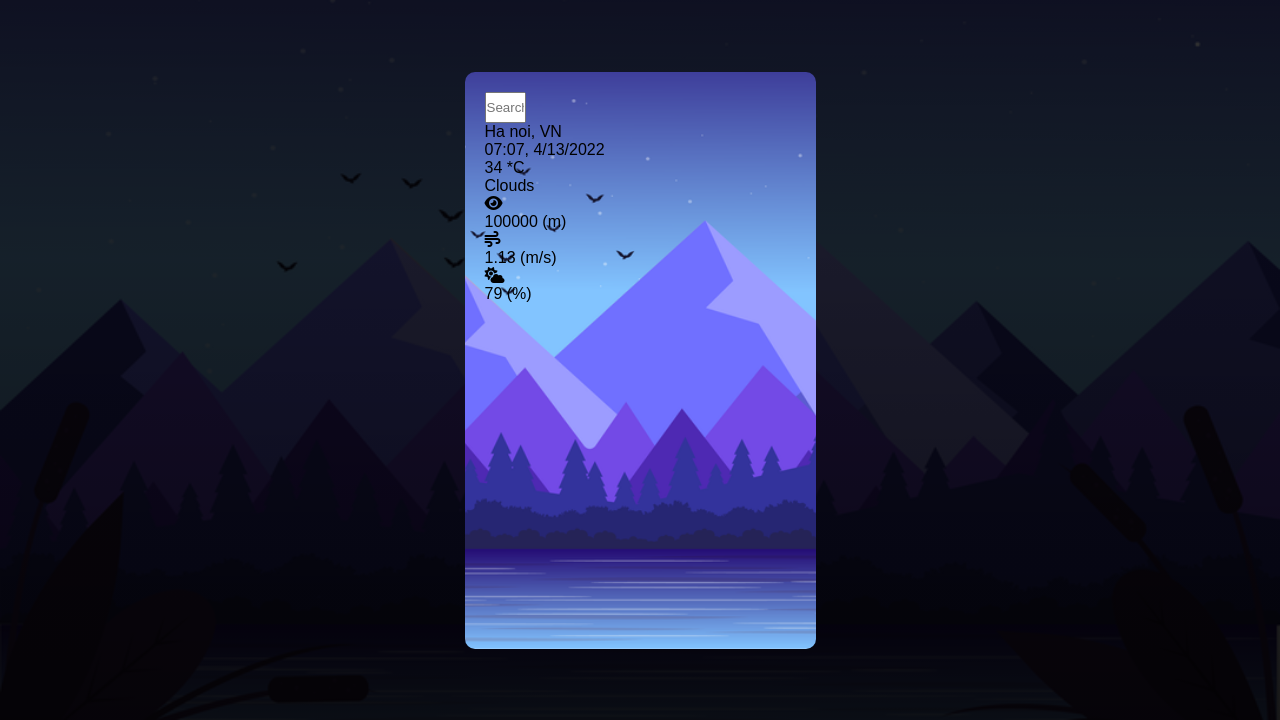
Repository: nganha241/weather-app
Page: index.html
These files come from the project's save history. The page is drawn as it stood at one moment and after the next save; the edit follows.
The browser window is 1280 px wide. The pictures show the whole page.
Some web libraries are served in a nearby version.

Above is the page before, as saved 2022-04-13 08:54:26.

### index.html
<!DOCTYPE html>
<html lang="en">
  <head>
    <meta charset="UTF-8" />
    <meta http-equiv="X-UA-Compatible" content="IE=edge" />
    <meta name="viewport" content="width=device-width, initial-scale=1.0" />
    <title>Document</title>
    <link rel="stylesheet" href="./style.css" />
  </head>
  <body>
    <div id="weather">
      <div class="header">
        <input type="text" placeholder="Search..." />
      </div>
      <div class="content">
        <div class="city">Ha noi, <span class="country">VN</span></div>
        <div class="time">07:07, <span class="date">4/13/2022</span></div>

        <div class="deg">34 *C</div>
        <div class="status">Clouds</div>
      </div>
      <div class="footer">
        <div class="detail">
          <div class="distance">
            <div><i class="fa-solid fa-eye"></i></div>
            <div>100000 <span>(m)</span></div>
          </div>
          <div class="speed">
            <div><i class="fa-solid fa-wind"></i></div>
            <div>1.13 <span>(m/s)</span></div>
          </div>
          <div class="humidity">
            <div><i class="fa-solid fa-cloud-sun"></i></div>
            <div>79 <span>(%)</span></div>
          </div>
        </div>
      </div>
    </div>
    <script
      src="https://kit.fontawesome.com/ae971d7ee0.js"
      crossorigin="anonymous"
    ></script>
    <script src="./main.js"></script>
  </body>
</html>

### style.css
* {
    padding: 0;
    margin: 0;
    box-sizing: border-box;
}

body {
    font-family: sans-serif;
    height: 100vh;
    display: flex;
    justify-content: center;
    align-items: center;
    background: linear-gradient(to top, rgba(0, 0, 0, 0.9), rgba(0, 0, 0, 0.8)), url(./img1.png) no-repeat center/cover;
}

#weather {
    padding: 20px;
    width: 351px;
    height: 577px;
    border: none;
    border-radius: 10px;
    background: url(./img1.png) no-repeat center/cover;
}

.header input{
    width: 41px;
    height: 31px;
}

Loaded but not shown: main.js (no copy from this time; the picture is the same without it)

After the next save:
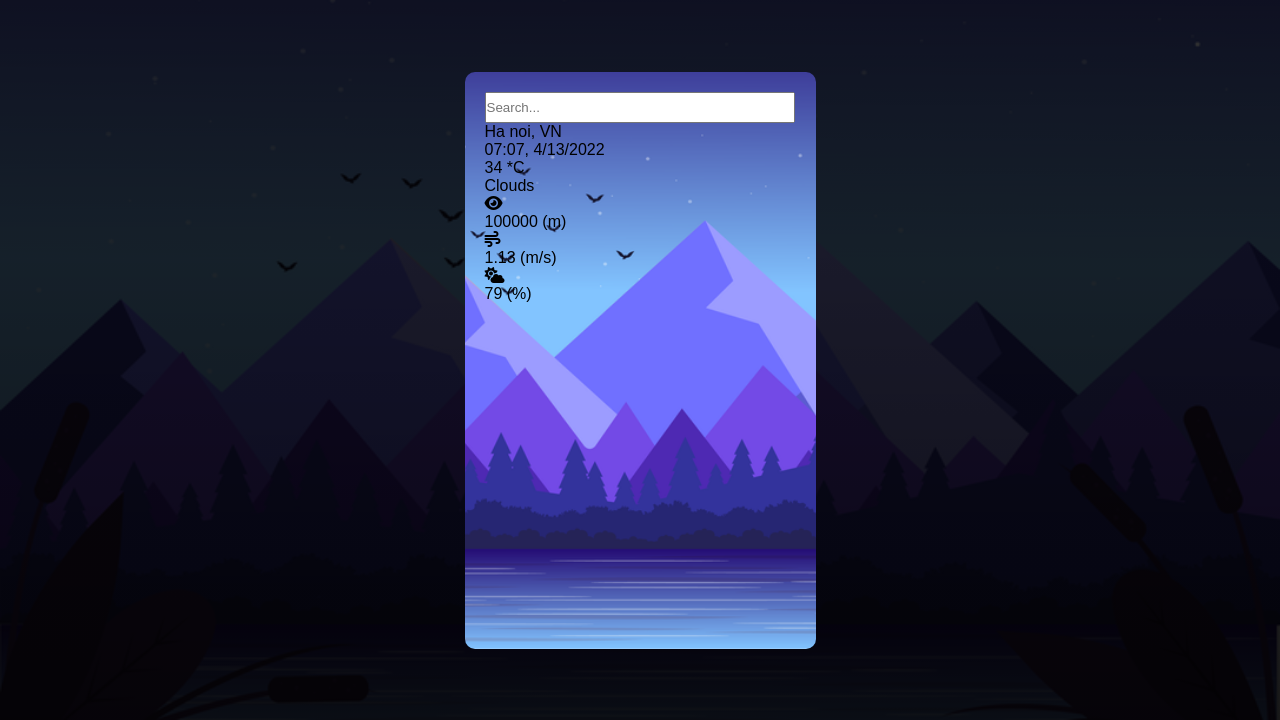
Saved 18 s later.
--- a/style.css
+++ b/style.css
@@ -23,6 +23,6 @@ body {
 }
 
 .header input{
-    width: 41px;
+    width: 310px;
     height: 31px;
 }
